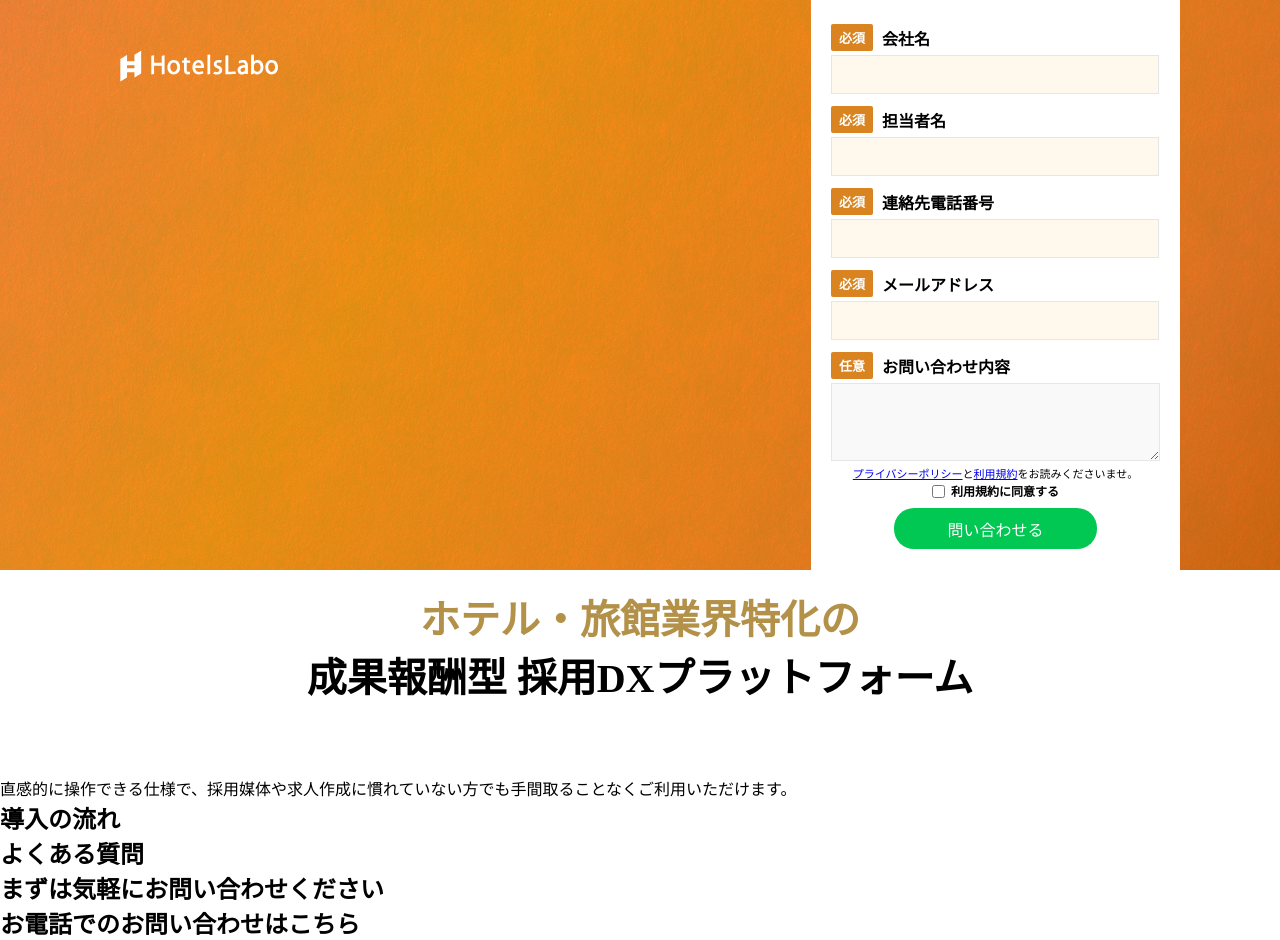
Repository: FujieRyou/to_b_lp
Page: index.html
An editor plug-in stored every save of this project. The page is shown before and after the next save, followed by the edit.
The browser window is 1280 px wide. The pictures show the whole page.

Above is the page before, as saved 2024-02-27 03:17:30.
Not found: index.js

### index.html
<!DOCTYPE html>
<html lang="ja">
    <head>
        <meta charset="utf-8">
        <meta http-equiv="X-UA-Compatible" content="ie=edge">
        <meta name="viewport" content="width=device-width,initial-scale=1.0,minimum-scale=1.0">
        <meta name="format-detection" content="telephone=no">
        <meta name="keywords" content="">
        <meta name="description" content="ここに説明文を設定">
        <meta name="twitter:card" content="summary">
        <meta name="twitter:site" content="@twitteraccount">
        <meta property="og:site_name" content="サイト名">
        <meta property="og:title" content="サイトタイトル">
        <meta property="og:description" content="サイト説明文">
        <meta property="og:url" content="https://www.hogehoge.com">
        <meta property="og:image" content="https://www.hogehoge.com./hoge.jpg">
        <meta property="og:image:type" content="image/jpeg">
        <meta property="og:image:width" content="600">
        <meta property="og:image:height" content="400">
        <meta property="og:type" content="website">
        <title>ホテルズラボ｜ホテルの求人・旅館の転職情報</title>
        <link rel="stylesheet" href="ress.css">
        <link rel="stylesheet" href="style.css">
    </head>
    <body>
        <main>
            <section>
                <div class="firstViewWrap">
                    <div class="firstViewEffect">
                        <div class="contentWrap">
                            <div class="firstViewMainImg">
                                <header>
                                    <h1>
                                        <img src="img/ロゴ.svg" alt="ホテルズラボのロゴ" class="logo">
                                    </h1>
                                </header>
                                <!-- <img src="img/firstViewの葵さんとその他売り文句.png" alt="firstViewの葵さんとその他売り文句" class="firstViewMainImg"> -->
                            </div>
                            <!-- form -->
                            <div>
                                <form action="" class="formWrap">
                                    <div class="formFlexStyle">
                                        <label for="companyName"><span>必須</span>会社名</label>
                                        <input type="text">
                                    </div>
                                    <div class="formFlexStyle">
                                        <label for="companyName"><span>必須</span>担当者名</label>
                                        <input type="text">
                                    </div>
                                    <div class="formFlexStyle">
                                        <label for="companyName"><span>必須</span>連絡先電話番号</label>
                                        <input type="text">
                                    </div>
                                    <div class="formFlexStyle">
                                        <label for="companyName"><span>必須</span>メールアドレス</label>
                                        <input type="text">
                                    </div>
                                    <div class="formFlexStyle">
                                        <label for="companyName"><span>任意</span>お問い合わせ内容</label>
                                        <textarea name="" id="" cols="30" rows="10"></textarea>
                                    </div>
                                    <p><a href="#">プライバシーポリシー</a>と<a href="#">利用規約</a>をお読みくださいませ。</p>
                                    <div class="consent">
                                        <input type="checkbox">
                                        <label for="">利用規約に同意する</label>
                                    </div>
                                    <button type="submit">問い合わせる</button>
                                </form>
                            </div>
                        </div>
                    </div>
                </div>
            </section>
            <!-- 動く会社のロゴ -->
            <section>
                <div>
                    <ul>
                        <li></li>
                    </ul>
                </div>
            </section>
            <section>
                <div class="specializedIntroductionWrap">
                    <h2><span>ホテル・旅館業界特化の</span><br>成果報酬型 採用DXプラットフォーム</h2>
                    <div>
                        <div>
                            <img src="" alt="">
                            <img src="" alt="">
                            <img src="" alt="">
                        </div>
                    </div>
                </div>
            </section>
            <section>
                <div>
                    <p></p>
                    <h2><img src="" alt=""></h2>
                    <article></article>
                    <article></article>
                    <article></article>
                    <article></article>
                </div>
            </section>
            <section>
                <div>
                    <h2><img src="" alt=""></h2>
                    <p>直感的に操作できる仕様で、採用媒体や求人作成に慣れていない方でも手間取ることなくご利用いただけます。</p>
                </div>
            </section>
            <section>
                <div>
                    <h2>導入の流れ</h2>
                </div>
            </section>
            <section>
                <div>
                    <h2>よくある質問</h2>
                </div>
            </section>
            <section>
                <div>
                    <h2>まずは気軽にお問い合わせください</h2>
                </div>
            </section>
        </main>
        <footer>
            <h2>お電話でのお問い合わせはこちら</h2>
        </footer>
        <script src="index.js"></script>
    </body>
</html>

### ress.css
/*!
 * ress.css • v4.0.0
 * MIT License
 * github.com/filipelinhares/ress
 */

/* # =================================================================
   # Global selectors
   # ================================================================= */

   html {
    box-sizing: border-box;
    -webkit-text-size-adjust: 100%; /* Prevent adjustments of font size after orientation changes in iOS */
    word-break: normal;
    -moz-tab-size: 4;
    tab-size: 4;
  }

  *,
  ::before,
  ::after {
    background-repeat: no-repeat; /* Set `background-repeat: no-repeat` to all elements and pseudo elements */
    box-sizing: inherit;
  }

  ::before,
  ::after {
    text-decoration: inherit; /* Inherit text-decoration and vertical align to ::before and ::after pseudo elements */
    vertical-align: inherit;
  }

  * {
    padding: 0; /* Reset `padding` and `margin` of all elements */
    margin: 0;
  }

  /* # =================================================================
     # General elements
     # ================================================================= */

  hr {
    overflow: visible; /* Show the overflow in Edge and IE */
    height: 0; /* Add the correct box sizing in Firefox */
    color: inherit; /* Correct border color in Firefox. */
  }

  details,
  main {
    display: block; /* Render the `main` element consistently in IE. */
  }

  summary {
    display: list-item; /* Add the correct display in all browsers */
  }

  small {
    font-size: 80%; /* Set font-size to 80% in `small` elements */
  }

  [hidden] {
    display: none; /* Add the correct display in IE */
  }

  abbr[title] {
    border-bottom: none; /* Remove the bottom border in Chrome 57 */
    /* Add the correct text decoration in Chrome, Edge, IE, Opera, and Safari */
    text-decoration: underline;
    text-decoration: underline dotted;
  }

  a {
    background-color: transparent; /* Remove the gray background on active links in IE 10 */
  }

  a:active,
  a:hover {
    outline-width: 0; /* Remove the outline when hovering in all browsers */
  }

  code,
  kbd,
  pre,
  samp {
    font-family: monospace, monospace; /* Specify the font family of code elements */
  }

  pre {
    font-size: 1em; /* Correct the odd `em` font sizing in all browsers */
  }

  b,
  strong {
    font-weight: bolder; /* Add the correct font weight in Chrome, Edge, and Safari */
  }

  /* https://gist.github.com/unruthless/413930 */
  sub,
  sup {
    font-size: 75%;
    line-height: 0;
    position: relative;
    vertical-align: baseline;
  }

  sub {
    bottom: -0.25em;
  }

  sup {
    top: -0.5em;
  }

  table {
    border-color: inherit; /* Correct border color in all Chrome, Edge, and Safari. */
    text-indent: 0; /* Remove text indentation in Chrome, Edge, and Safari */
  }

  /* # =================================================================
     # Forms
     # ================================================================= */

  input {
    border-radius: 0;
  }

  /* Replace pointer cursor in disabled elements */
  [disabled] {
    cursor: default;
  }

  [type='number']::-webkit-inner-spin-button,
  [type='number']::-webkit-outer-spin-button {
    height: auto; /* Correct the cursor style of increment and decrement buttons in Chrome */
  }

  [type='search'] {
    -webkit-appearance: textfield; /* Correct the odd appearance in Chrome and Safari */
    outline-offset: -2px; /* Correct the outline style in Safari */
  }

  [type='search']::-webkit-search-decoration {
    -webkit-appearance: none; /* Remove the inner padding in Chrome and Safari on macOS */
  }

  textarea {
    overflow: auto; /* Internet Explorer 11+ */
    resize: vertical; /* Specify textarea resizability */
  }

  button,
  input,
  optgroup,
  select,
  textarea {
    font: inherit; /* Specify font inheritance of form elements */
  }

  optgroup {
    font-weight: bold; /* Restore the font weight unset by the previous rule */
  }

  button {
    overflow: visible; /* Address `overflow` set to `hidden` in IE 8/9/10/11 */
  }

  button,
  select {
    text-transform: none; /* Firefox 40+, Internet Explorer 11- */
  }

  /* Apply cursor pointer to button elements */
  button,
  [type='button'],
  [type='reset'],
  [type='submit'],
  [role='button'] {
    cursor: pointer;
    color: inherit;
  }

  /* Remove inner padding and border in Firefox 4+ */
  button::-moz-focus-inner,
  [type='button']::-moz-focus-inner,
  [type='reset']::-moz-focus-inner,
  [type='submit']::-moz-focus-inner {
    border-style: none;
    padding: 0;
  }

  /* Replace focus style removed in the border reset above */
  button:-moz-focusring,
  [type='button']::-moz-focus-inner,
  [type='reset']::-moz-focus-inner,
  [type='submit']::-moz-focus-inner {
    outline: 1px dotted ButtonText;
  }

  button,
  html [type='button'], /* Prevent a WebKit bug where (2) destroys native `audio` and `video`controls in Android 4 */
  [type='reset'],
  [type='submit'] {
    -webkit-appearance: button; /* Correct the inability to style clickable types in iOS */
  }

  /* Remove the default button styling in all browsers */
  button,
  input,
  select,
  textarea {
    background-color: transparent;
    border-style: none;
  }

  a:focus,
  button:focus,
  input:focus,
  select:focus,
  textarea:focus {
    outline-width: 0;
  }

  /* Style select like a standard input */
  select {
    -moz-appearance: none; /* Firefox 36+ */
    -webkit-appearance: none; /* Chrome 41+ */
  }

  select::-ms-expand {
    display: none; /* Internet Explorer 11+ */
  }

  select::-ms-value {
    color: currentColor; /* Internet Explorer 11+ */
  }

  legend {
    border: 0; /* Correct `color` not being inherited in IE 8/9/10/11 */
    color: inherit; /* Correct the color inheritance from `fieldset` elements in IE */
    display: table; /* Correct the text wrapping in Edge and IE */
    max-width: 100%; /* Correct the text wrapping in Edge and IE */
    white-space: normal; /* Correct the text wrapping in Edge and IE */
    max-width: 100%; /* Correct the text wrapping in Edge 18- and IE */
  }

  ::-webkit-file-upload-button {
    /* Correct the inability to style clickable types in iOS and Safari */
    -webkit-appearance: button;
    color: inherit;
    font: inherit; /* Change font properties to `inherit` in Chrome and Safari */
  }

  /* # =================================================================
     # Specify media element style
     # ================================================================= */

  img {
    border-style: none; /* Remove border when inside `a` element in IE 8/9/10 */
  }

  /* Add the correct vertical alignment in Chrome, Firefox, and Opera */
  progress {
    vertical-align: baseline;
  }

  /* # =================================================================
     # Accessibility
     # ================================================================= */

  /* Specify the progress cursor of updating elements */
  [aria-busy='true'] {
    cursor: progress;
  }

  /* Specify the pointer cursor of trigger elements */
  [aria-controls] {
    cursor: pointer;
  }

  /* Specify the unstyled cursor of disabled, not-editable, or otherwise inoperable elements */
  [aria-disabled='true'] {
    cursor: default;
  }

### style.css
.firstViewWrap{
    width: 100vw;
    height: 570px;
    background-image: url("./img/bgcMain.png");
}

.firstViewEffect{
    width: 100%;
    height: 100%;
    background-image: url("./img/bgcBler.png");
    overflow: hidden;
}

.contentWrap{
    max-width: 1080px;
    height: auto;
    margin: 0 auto;
    display: flex;
}

header{
    padding: 30px 0px 0px 20px;
}

.firstViewMainImg{
    width: 740px;
    margin-top: 20px;
}






/* formstyle */

form{
    width: 369px;
    padding: 24px 20px;
    background-color: rgba(255, 255, 255, 1);
}

.formFlexStyle{
    display: flex;
    flex-direction: column;
}

.formDetail{
    margin: 0 auto;
}

.formFlexStyle > label{
    font-size: 16px;
    font-weight: bold;
    margin-bottom: 4px;
    display: flex;
    align-items: center;
}

.formFlexStyle > label > span{
    background-color: rgba(217, 132, 33, 1);
    color: #fff;
    font-size: 13px;
    border-radius: 2px;
    margin-right: 9px;
    padding: 4px 8px;
}

.formFlexStyle > input{
    width: 328px;
    height: 39px;
    border: solid 1.03px rgba(230, 230, 230, 1);
    background-color: rgba(255, 248, 237, 1);
    margin-bottom: 12px;
}

.formFlexStyle > textarea{
    width: 328.65px;
    height: 78.05px;
    border: solid 1.03px rgba(230, 230, 230, 1);
    background-color: rgba(249, 249, 249, 1);
}

.formWrap > p{
    font-size: 11px;
    text-align: center;
    margin-top: 4px;
}

.consent{
    display: flex;
    align-items: center;
    justify-content: center;
    margin-top: 1px;
}

.consent > label{
    font-size: 12px;
    font-weight: bold;
    margin-left: 6px;
}

.formWrap > button{
    display: block;
    width: 203.35px;
    height: 41.08px;
    background-color: rgba(0, 200, 83, 1);
    color: #fff;
    border-radius: 20px;
    margin: 0 auto;
    margin-top: 8px;
}



.specializedIntroductionWrap > h2{
    text-align: center;
    font-size: 40px;
}

.specializedIntroductionWrap > h2 > span{
    color: rgba(179, 145, 73, 1);
}

After the next save:
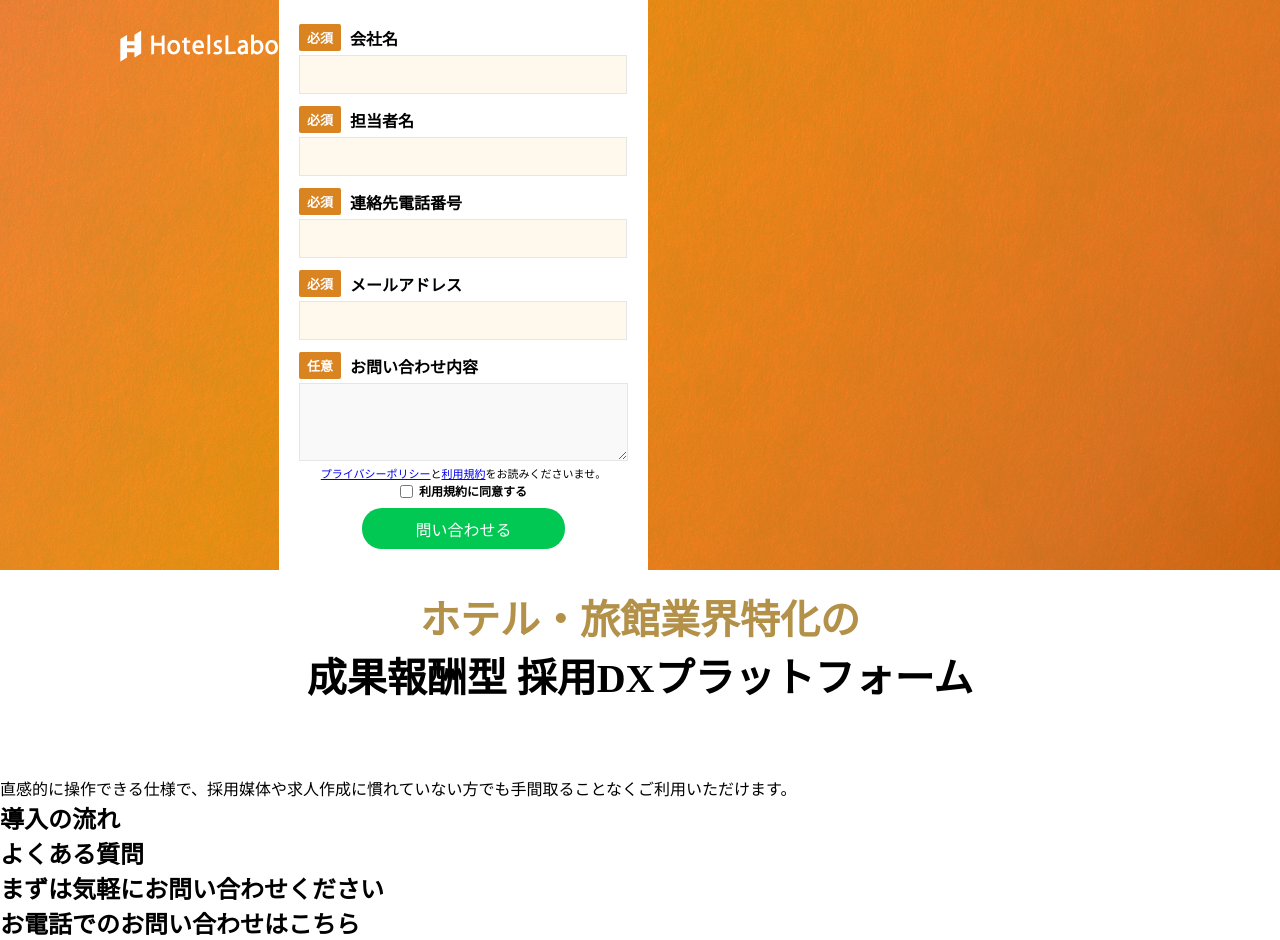
Saved 73 s later.
--- a/index.html
+++ b/index.html
@@ -28,14 +28,12 @@
                 <div class="firstViewWrap">
                     <div class="firstViewEffect">
                         <div class="contentWrap">
-                            <div class="firstViewMainImg">
-                                <header>
-                                    <h1>
-                                        <img src="img/ロゴ.svg" alt="ホテルズラボのロゴ" class="logo">
-                                    </h1>
-                                </header>
-                                <!-- <img src="img/firstViewの葵さんとその他売り文句.png" alt="firstViewの葵さんとその他売り文句" class="firstViewMainImg"> -->
-                            </div>
+                            <header>
+                                <h1>
+                                    <img src="img/ロゴ.svg" alt="ホテルズラボのロゴ" class="logo">
+                                </h1>
+                            </header>
+                            <!-- <img src="img/firstViewの葵さんとその他売り文句.png" alt="firstViewの葵さんとその他売り文句" class="firstViewMainImg"> -->
                             <!-- form -->
                             <div>
                                 <form action="" class="formWrap">
